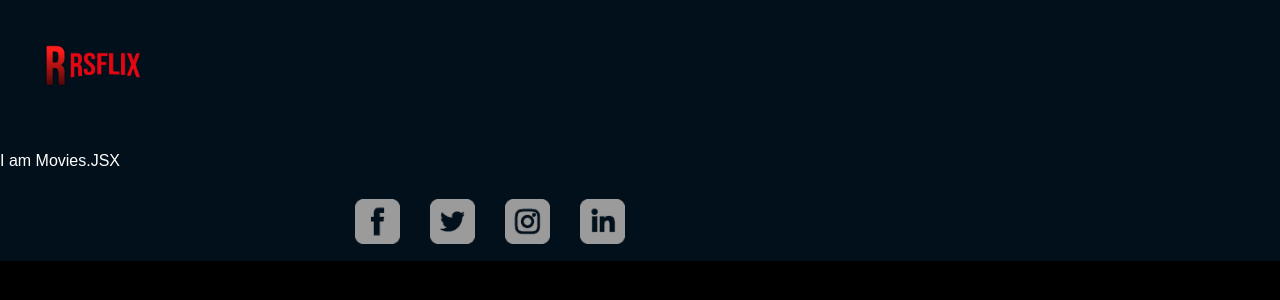
Repository: ronnysalas459/final_project_react
Page: /
An editor plug-in stored every save of this project. The page is shown before and after the next save, followed by the edit.
The browser window is 1280 px wide. The pictures show the whole page.
The project was rebuilt for these pictures with package versions that can differ from the ones it lists, and the page was loaded fresh each time. Also part of the build but not shown: src/containers/Favorites.jsx.

Above is the page before, as saved 2021-09-28 20:07:00.

After the next save:
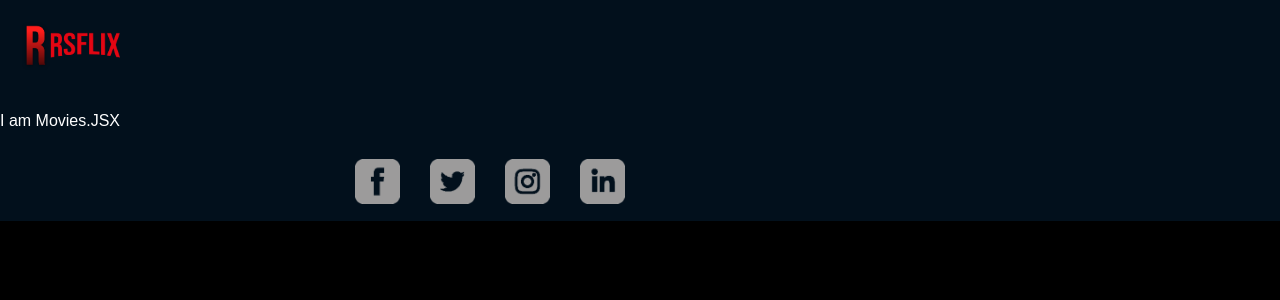
Saved 4 s later.
--- a/src/assets/styles/App.scss
+++ b/src/assets/styles/App.scss
@@ -3,7 +3,7 @@
 @mixin colCenCen {
   display: flex;
   flex-direction: column;
-  padding: 40px;
+  padding: 20px;
 }
 
 @mixin flexBetCen {
